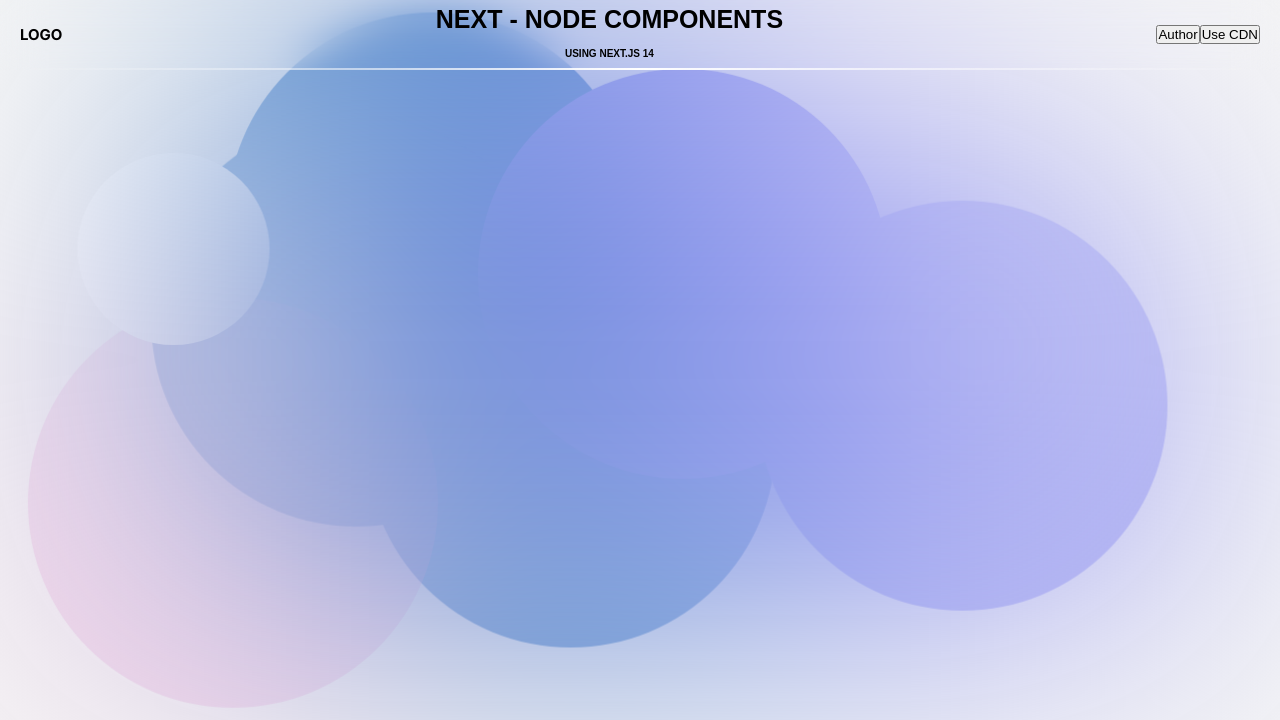
Repository: keval-gohil/komponents
Page: /
The author's editor kept a copy of each file at every save. The page is drawn from the files as they stood at one save, then again after the next save.
The browser window is 1280 px wide. The pictures show the whole page.
Some web fonts or font styles are not loaded; a fallback is used. The project was rebuilt for these pictures with package versions that can differ from the ones it lists, and the page was loaded fresh each time. The framework's server and built-in components were replaced by stand-ins that run in the browser. Also part of the build but not shown: next.config.mjs.

Above is the page before, as saved 2024-03-07 12:23:13.

### app/layout.js
import { Inter } from "next/font/google";
import "./globals.css";

const inter = Inter({ subsets: ["latin"] });

export const metadata = {
  title: "Komponents | Next-Node",
  description: "Generated by create next app",
};

export default function RootLayout({ children }) {
  return (
    <html lang="en" suppressHydrationWarning={true}>
      <body className={inter.className}>{children}</body>
    </html>
  );
}

### app/page.js
import Background from '@/components/reuse/background'
import Header from '@/components/reuse/header'
import React from 'react'

const page = () => {
  return (
    <>
      <Background />
      <Header />
    </>
  )
}

export default page

### app/globals.css

*,
*:before,
*:after {
	padding: 0;
	margin: 0;
	box-sizing: border-box;
	-webkit-tap-highlight-color: transparent;
}

html {
	scroll-behavior: smooth;
	font-size: 10px;
}

body {
	width: 100%;
	height: 100%;
	overflow-x: hidden;
	background-color: whitesmoke;
}

.bouncing-blob {
	width: 32vw;
	aspect-ratio: 1;
	border-radius: 50%;
	will-change: transform;
	position: absolute;
	z-index: 1;
	top: 0;
	left: 0;
	transform-origin: left top;
  }

  .bouncing-blob--blue {
	background: #4783c7;
  }

  .bouncing-blob--white {
	background: #ffffff;
	z-index: 2;
	width: 15vw;
  }

  .bouncing-blob--purple {
	background: #8c8ff1;
  }

  .bouncing-blob--pink {
	background: #e289cd50;
  }

  .bouncing-blobs-container {
	position: fixed;
	z-index: -1;
	top: 0;
	left: 0;
	width: 100%;
	height: 100%;
  }

  .bouncing-blobs-glass {
	position: absolute;
	z-index: 2;
	top: 0;
	left: 0;
	width: 100%;
	height: 100%;
	backdrop-filter: blur(140px);
	-webkit-backdrop-filter: blur(140px);
	pointer-events: none;
  }

  .bouncing-blobs {
	position: absolute;
	z-index: 1;
	top: 0;
	left: 0;
	width: 100%;
	height: 100%;
  }

  .main-content {
	display: flex;
	flex-direction: column;
	justify-content: center;
	align-items: center;
	width: 100%;
  }




  @media (max-width: 1200px) {
	.bouncing-blobs-glass {
	  backdrop-filter: blur(120px);
	  -webkit-backdrop-filter: blur(120px);
	}
  }

  @media (max-width: 500px) {
	.bouncing-blob {
	  width: 60vw;
	}
	.bouncing-blob--white {
	  width: 30vw;
	}
	.bouncing-blobs-glass {
	  backdrop-filter: blur(90px);
	  -webkit-backdrop-filter: blur(90px);
	}

  }

### components/reuse/background.js
'use client'
import React, { useEffect } from 'react';

const MIN_SPEED = 1.5;
const MAX_SPEED = 2.5;

function randomNumber(min, max) {
  return Math.random() * (max - min) + min;
}

class Blob {
  constructor(el) {
    this.el = el;
    const boundingRect = this.el.getBoundingClientRect();
    this.size = boundingRect.width;
    this.initialX = randomNumber(0, window.innerWidth - this.size);
    this.initialY = randomNumber(0, window.innerHeight - this.size);
    this.el.style.top = `${this.initialY}px`;
    this.el.style.left = `${this.initialX}px`;
    this.vx =
      randomNumber(MIN_SPEED, MAX_SPEED) * (Math.random() > 0.5 ? 1 : -1);
    this.vy =
      randomNumber(MIN_SPEED, MAX_SPEED) * (Math.random() > 0.5 ? 1 : -1);
    this.x = this.initialX;
    this.y = this.initialY;
  }

  update() {
    this.x += this.vx;
    this.y += this.vy;
    if (this.x >= window.innerWidth - this.size) {
      this.x = window.innerWidth - this.size;
      this.vx *= -1;
    }
    if (this.y >= window.innerHeight - this.size) {
      this.y = window.innerHeight - this.size;
      this.vy *= -1;
    }
    if (this.x <= 0) {
      this.x = 0;
      this.vx *= -1;
    }
    if (this.y <= 0) {
      this.y = 0;
      this.vy *= -1;
    }
  }

  move() {
    this.el.style.transform = `translate(${this.x - this.initialX}px, ${
      this.y - this.initialY
    }px)`;
  }
}

function Background() {
  useEffect(() => {
    const blobEls = document.querySelectorAll('.bouncing-blob');
    const blobs = Array.from(blobEls).map((blobEl) => new Blob(blobEl));

    function update() {
      requestAnimationFrame(update);
      blobs.forEach((blob) => {
        blob.update();
        blob.move();
      });
    }

    requestAnimationFrame(update);

    return () => cancelAnimationFrame(update);
  }, []);

  return (
    <div className="bouncing-blobs-container">
      <div className="bouncing-blobs-glass"></div>
      <div className="bouncing-blobs">
        <div className="bouncing-blob bouncing-blob--blue"></div>
        <div className="bouncing-blob bouncing-blob--blue"></div>
        <div className="bouncing-blob bouncing-blob--blue"></div>
        <div className="bouncing-blob bouncing-blob--white"></div>
        <div className="bouncing-blob bouncing-blob--purple"></div>
        <div className="bouncing-blob bouncing-blob--purple"></div>
        <div className="bouncing-blob bouncing-blob--pink"></div>
      </div>
    </div>
  );
}

export default Background;

### components/reuse/header.js
import React from 'react'
import Style from '@/components/reuse/styles/style.css'

const Header = () => {
  return (
    <>
        <nav>
            <h1>LOGO</h1>
            <h2>
                Next - Node Components
                <br />
                <span>using Next.js 14</span>
            </h2>
            <div>
              <button>Author</button>
              <button>Use CDN</button>
            </div>
        </nav>
    </>
  )
}

export default Header

### components/reuse/styles/style.css
@import url('https://fonts.googleapis.com/css2?family=Anta&display=swap');


nav {
    display: flex;
    justify-content: space-between;
    align-items: center;
    background: transparent;
    backdrop-filter: blur(20px);
    height: 7rem;
    border-bottom: 0.2rem solid transparent;
    border-image: linear-gradient(0.25turn, rgba(56,2,155,0), #fff, rgba(56,2,155,0));
    border-image-slice: 1;
    padding: 0 2rem;
}

nav h2{
    text-align: center;
    font-family: "Anta", sans-serif;
    text-transform: uppercase;
    font-size: 2.5rem;
}
nav h2 span{
    font-size: 1rem;
}

After the next save:
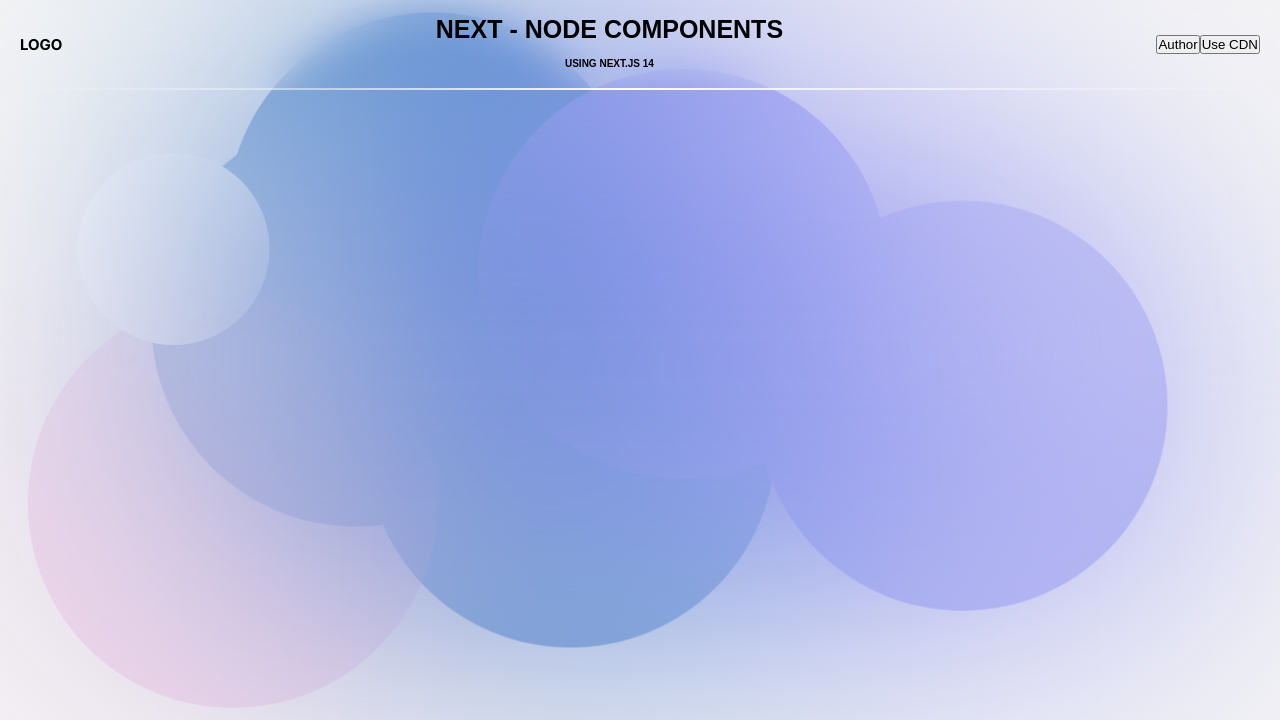
Saved 22 s later.
--- a/components/reuse/styles/style.css
+++ b/components/reuse/styles/style.css
@@ -7,7 +7,7 @@
     align-items: center;
     background: transparent;
     backdrop-filter: blur(20px);
-    height: 7rem;
+    height: 9rem;
     border-bottom: 0.2rem solid transparent;
     border-image: linear-gradient(0.25turn, rgba(56,2,155,0), #fff, rgba(56,2,155,0));
     border-image-slice: 1;
